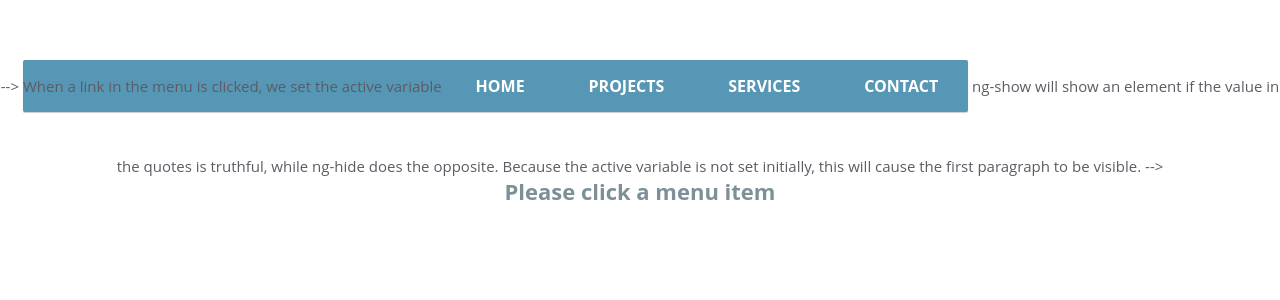
Repository: darekstanisz/zajecia1
Page: index.html
The author's editor kept a record of every edit. The page is drawn from the files as they stood at one moment, then again after the next edit.
The browser window is 1280 px wide. The pictures show the whole page.
Some web libraries are served in a nearby version.

Above is the page before.

After the next edit:
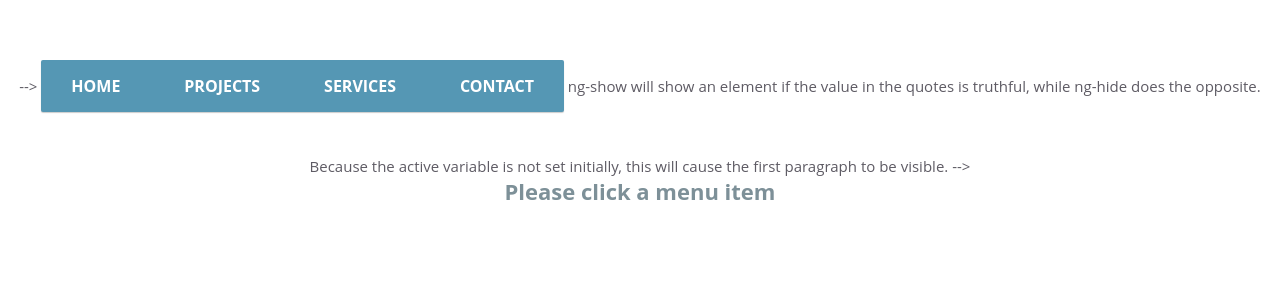
The edit:
--- a/index.html
+++ b/index.html
@@ -10,7 +10,7 @@
 
         	<nav class="{{active}}" ng-click="$event.preventDefault()">
 
-        		 When a link in the menu is clicked, we set the active variable
+        		 <!--When a link in the menu is clicked, we set the active variable -->
 
         		<a href="#" class="home" ng-click="active='home'">Home</a>
         		<a href="#" class="projects" ng-click="active='projects'">Projects</a>
